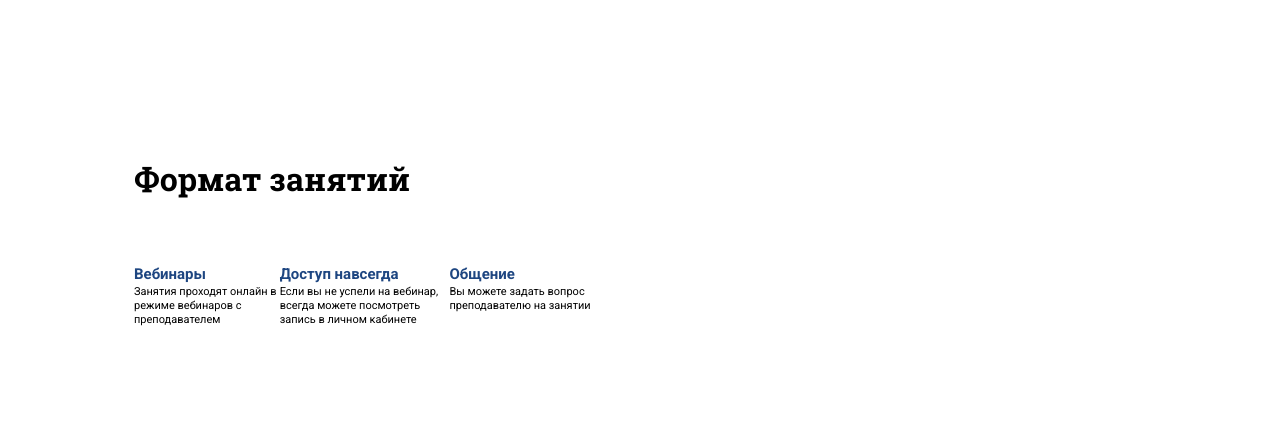
Repository: PoladEziz/Task-4
Page: index.html
These files come from the project's save history. The page is drawn as it stood at one moment and after the next save; the edit follows.
The browser window is 1280 px wide. The pictures show the whole page.

Above is the page before, as saved 2023-05-09 17:21:41.

After the next save:
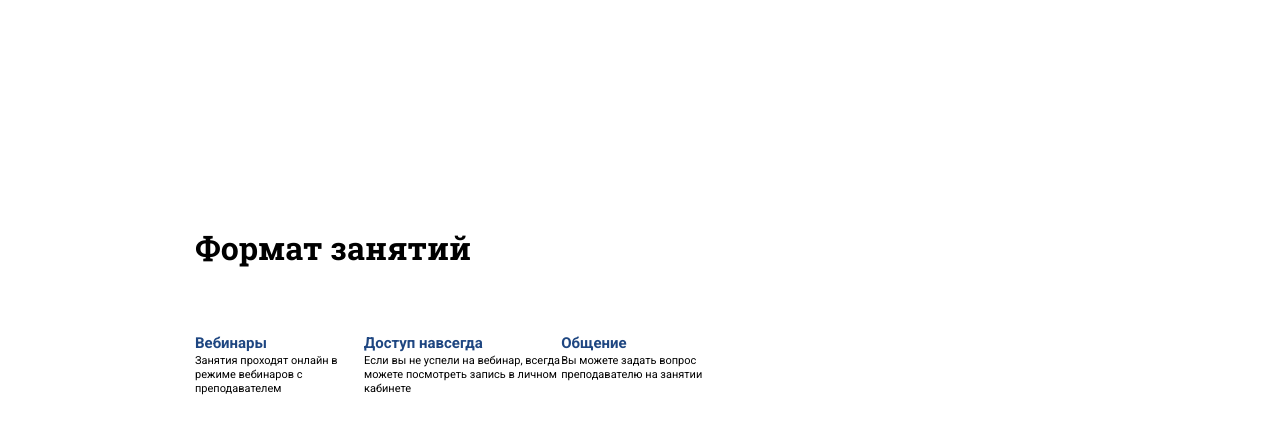
Saved 6 s later.
--- a/index.css
+++ b/index.css
@@ -88,9 +88,9 @@
   .main {
     display: flex;
     flex-direction: column;
-    padding-left: 63px;
+    /* padding-left: 63px;
     padding-top: 93px;
-    padding-right: 480px;
+    padding-right: 480px; */
   }
 
 .page-1{

After the save that followed:
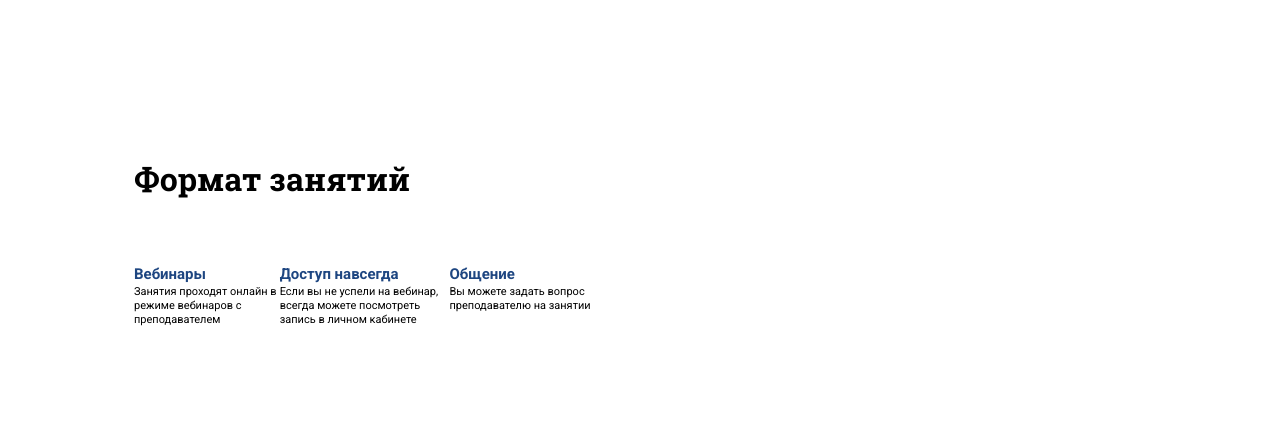
Saved 34 s later.
--- a/index.css
+++ b/index.css
@@ -88,9 +88,9 @@
   .main {
     display: flex;
     flex-direction: column;
-    /* padding-left: 63px;
+    padding-left: 63px;
     padding-top: 93px;
-    padding-right: 480px; */
+    padding-right: 480px;
   }
 
 .page-1{
